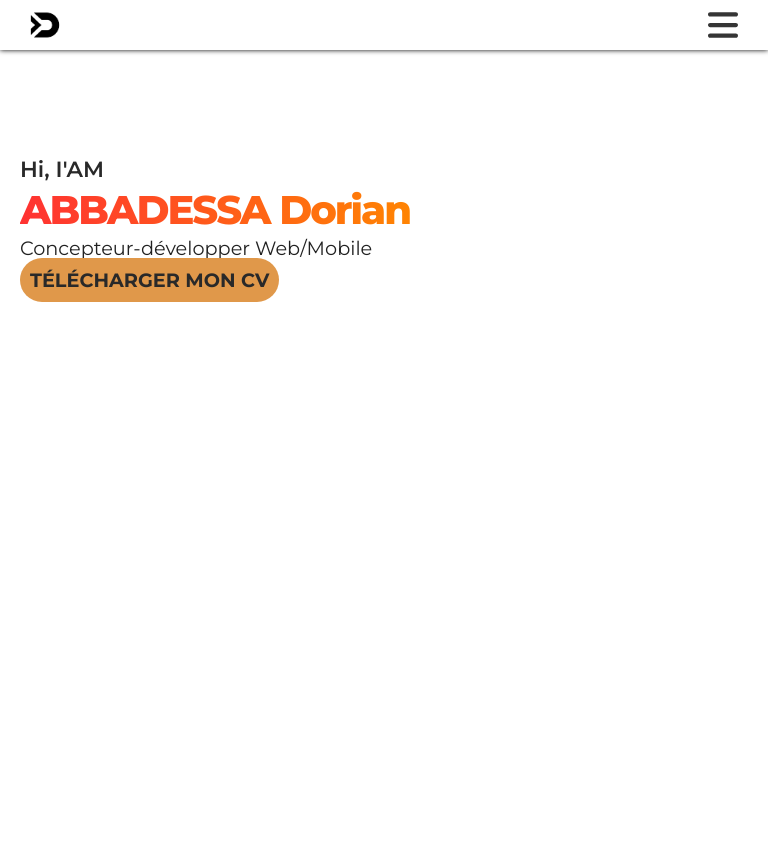
Repository: DorianABDS/Portfolio-ABBADESSA-Dorian
Page: index.html
The author's editor kept a copy of each file at every save. The page is drawn from the files as they stood at one save, then again after the next save.
The browser window is 768 px wide. The pictures show the whole page.

Above is the page before, as saved 2024-11-26 23:49:00.

### index.html
<!DOCTYPE html>
<html lang="fr">
<head>
    <meta charset="UTF-8">
    <meta name="viewport" content="width=device-width, initial-scale=1.0">
    <meta charset="UTF-8">
    <meta name="viewport" content="width=device-width, initial-scale=1.0">
    <meta name="keywords" content="Portfolio, ABBADESSA Dorian, Web developper">
    <title>ABBADESSA Dorian - Portfolio</title>
    <link rel="shortcute icon" href="/src/img/Logo Div.png">
    <link rel="stylesheet" href="style.css">
</head>
<body>
    <header class="header">
        <nav class="navbar">
            <a href="index.html" class="logo"><img src="/src/img/Logo plat Div noir.png" alt=""></a>
            <div class="nav-links">
                <ul>
                    <li><a href="index.html">Accueil</a></li>
                    <li><a href="articles.html">Articles</a></li>
                    <li><a href="apropos.html">À propos</a></li>
                    <li><a href="contact.html">Contact</a></li>
                </ul>
            </div>
            <img src="/src/img/bars-solid.svg" alt="menu hamburger" class="menu-hamburger">
        </nav>
        <!-- <div class="social">
            <a href="#" title="Facebook"><img src="/src/img/icone Github.png" alt=""></a>
            <a href="#" title="Twitter"><img src="src/img/icone Linkedin.png" alt=""></a>
        </div> -->
    </header>
    <main>
        <section class="accueil">
            <div class="contrainer-accueil">
                <h2>Hi, I'AM</h2>
                <h1><span>ABBADESSA Dorian</span></h1>
                <p>Concepteur-développer Web/Mobile</p>
                <a href="#">télécharger mon cv</a>
            </div>
        </section>
    </main>
</body>
<script>
    const menuHamburger = document.querySelector(".menu-hamburger")
    const navLinks = document.querySelector(".nav-links")
    const social = document.querySelector(".social")

    menuHamburger.addEventListener('click',()=>{
    navLinks.classList.toggle('mobile-menu')
    })
</script>
</html>

### style.css
@font-face {
    font-family: "Montserrat";
    src: url(/src/font/Montserrat-VariableFont_wght.ttf);
}

* {
    margin: 0;
    padding: 0;
    text-decoration: none;
    list-style: none;
    box-sizing: border-box;

}

html, body {
    font-size: 19.3px;
    color: rgba(0, 0, 0, .87);
    background-color: #fff;
    font-family: "Montserrat", sans-serif;
    line-height: 1.8;
    font-weight: 400;
}

.navbar {
    background: rgb(255, 255, 255);
    backdrop-filter: blur(10px);
    box-shadow: 0 0 5px rgb(0, 0, 0);;
    top: 0;
    left: 0;
    height: 50px;
    width: auto;
    position: fixed;
    padding-left: 30px;
    padding-right: 61px;
    width: 100%;
    display: flex;
    justify-content: space-between;
    align-items: center;
    z-index: 1;
}

.navbar a {
    color: #292929;
    font-weight: 700;
    display: inline;
}

.navbar .nav-links ul li a::after {
    content: "";
    display: block;
    height: 2px;
    background: rgb(255, 255, 255);
    transform: scale(0);
    transition: transform 0.2s ease-in-out;
}

.navbar .nav-links ul li a:hover::after {
    transform: scale(1);
}

.navbar .logo {
    transform: none;
    font-weight: 700;
}

.navbar .nav-links ul {
    display: flex;
    align-items: center;
}

.navbar .nav-links ul li {
    display: flex;
    margin: 0 25px;
}

.navbar .nav-links ul li img {
    display: flex;
    padding: -20px;
    margin-left: -23px;
}

.navbar .menu-hamburger {
    display: none;
    position: absolute;
    top: 8px;
    right: 30px;
    width: 30px;
}

.social a {
    border: solid;
}

.accueil {
    padding-top: 100px;
    margin-top: 50px;
    width: 100%;
    height: 100vh;
}

.contrainer-accueil {
    padding-left: 20px;
}

.contrainer-accueil a {
    color: #292929;
    text-transform: uppercase;
    font-weight: 700;
    font-size: 19.3px;
    padding: 10px;
    border-radius: 50px;
    border: 0;
    background-color: #E0984A;
}

@media  screen and (max-width: 814px) {
    .navbar .menu-hamburger {
        display: block;
    }

    .nav-links.mobile-menu {
        margin-left: 0;
    }

    .contrainer-accueil a {
        margin-top: 0px;
    }

    .navbar {
        padding: 0;
    }

    .navbar .logo {
        padding-left: 20px;
    }

    .navbar .logo img {
        display: flex;
        align-items: center;
        width: 50px;
    }

    .nav-links {
        position: absolute;
        background-color: rgba(255, 255, 255, 0.12);
        backdrop-filter: blur(8px);
        top: 0;
        left: 0;
        width: 100%;
        height: 100vh;
        display: flex;
        justify-content: center;
        align-items: center;
        margin-left: 100%;
        transition: all 0.5s ease;
    }

    .nav-links ul {
        display: flex;
        flex-direction: column;
        align-items: center;
    }

    .navbar .nav-links ul li {
        margin: 15px 0;
        font-size: 1.2em;
    }

    .accueil h2 {
        font-size: 22px;
        font-weight: 600;
        color: #292929;
    }

    .accueil h1 {
        display: inline-block;
        padding-right: 20px;
        line-height: 100%;
        font-size: 40px;
        letter-spacing: -2px;
        font-weight: 800;
        background: linear-gradient(90deg, rgba(255,50,50,1) 0%, rgba(255,136,0,1) 100%);
        -webkit-background-clip: text;
        -webkit-text-fill-color: transparent;
    }

    .accueil p {
        line-height: 150%;
        padding-right: 20px;
    }
}

### src/img/bars-solid.svg
<svg xmlns="http://www.w3.org/2000/svg" viewBox="0 0 448 512" fill="#353535"><!--!Font Awesome Free 6.7.0 by @fontawesome - https://fontawesome.com License - https://fontawesome.com/license/free Copyright 2024 Fonticons, Inc.--><path d="M0 96C0 78.3 14.3 64 32 64l384 0c17.7 0 32 14.3 32 32s-14.3 32-32 32L32 128C14.3 128 0 113.7 0 96zM0 256c0-17.7 14.3-32 32-32l384 0c17.7 0 32 14.3 32 32s-14.3 32-32 32L32 288c-17.7 0-32-14.3-32-32zM448 416c0 17.7-14.3 32-32 32L32 448c-17.7 0-32-14.3-32-32s14.3-32 32-32l384 0c17.7 0 32 14.3 32 32z"/></svg>

After the next save:
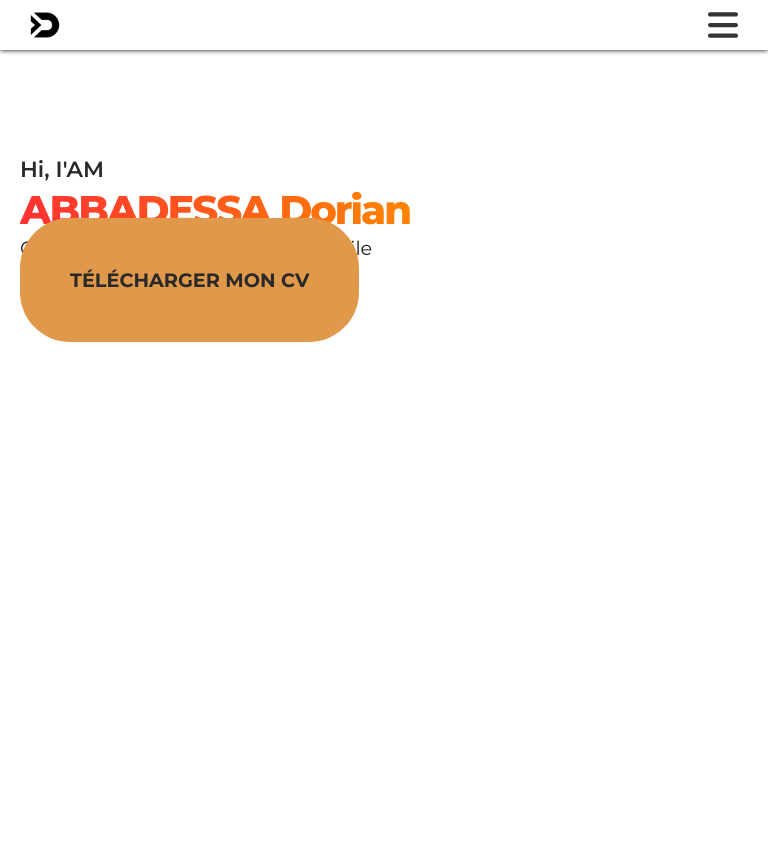
Saved 15 s later.
--- a/style.css
+++ b/style.css
@@ -122,10 +122,6 @@
         margin-left: 0;
     }
 
-    .contrainer-accueil a {
-        margin-top: 0px;
-    }
-
     .navbar {
         padding: 0;
     }
@@ -188,4 +184,8 @@
         line-height: 150%;
         padding-right: 20px;
     }
+
+    .contrainer-accueil a {
+        padding: 50px;
+    }
 }

After the save that followed:
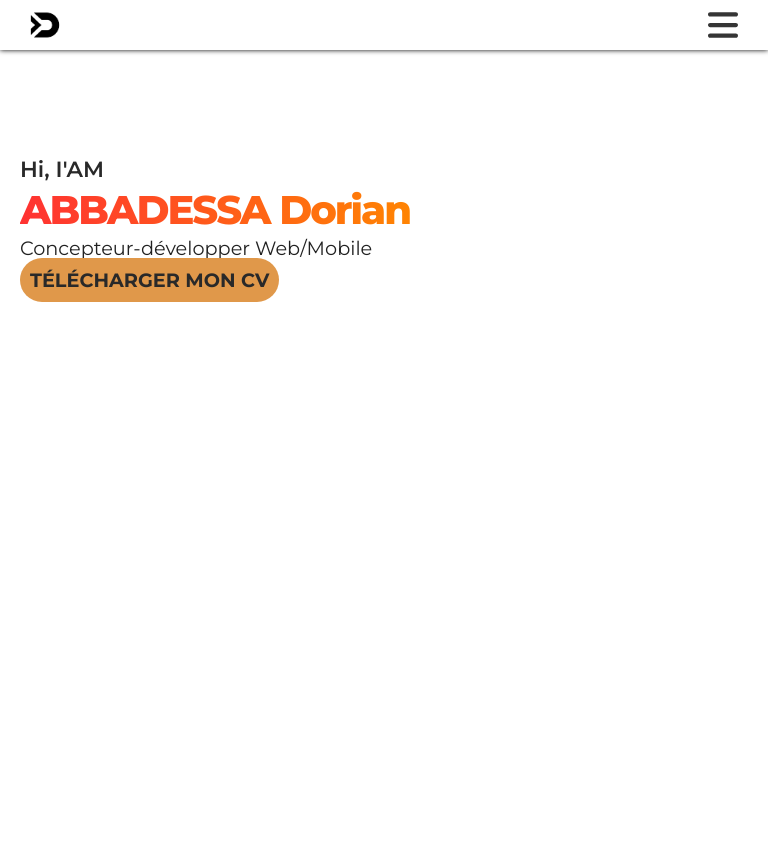
Saved 4 s later.
--- a/style.css
+++ b/style.css
@@ -186,6 +186,6 @@
     }
 
     .contrainer-accueil a {
-        padding: 50px;
+        margin-top: 50px;
     }
 }
